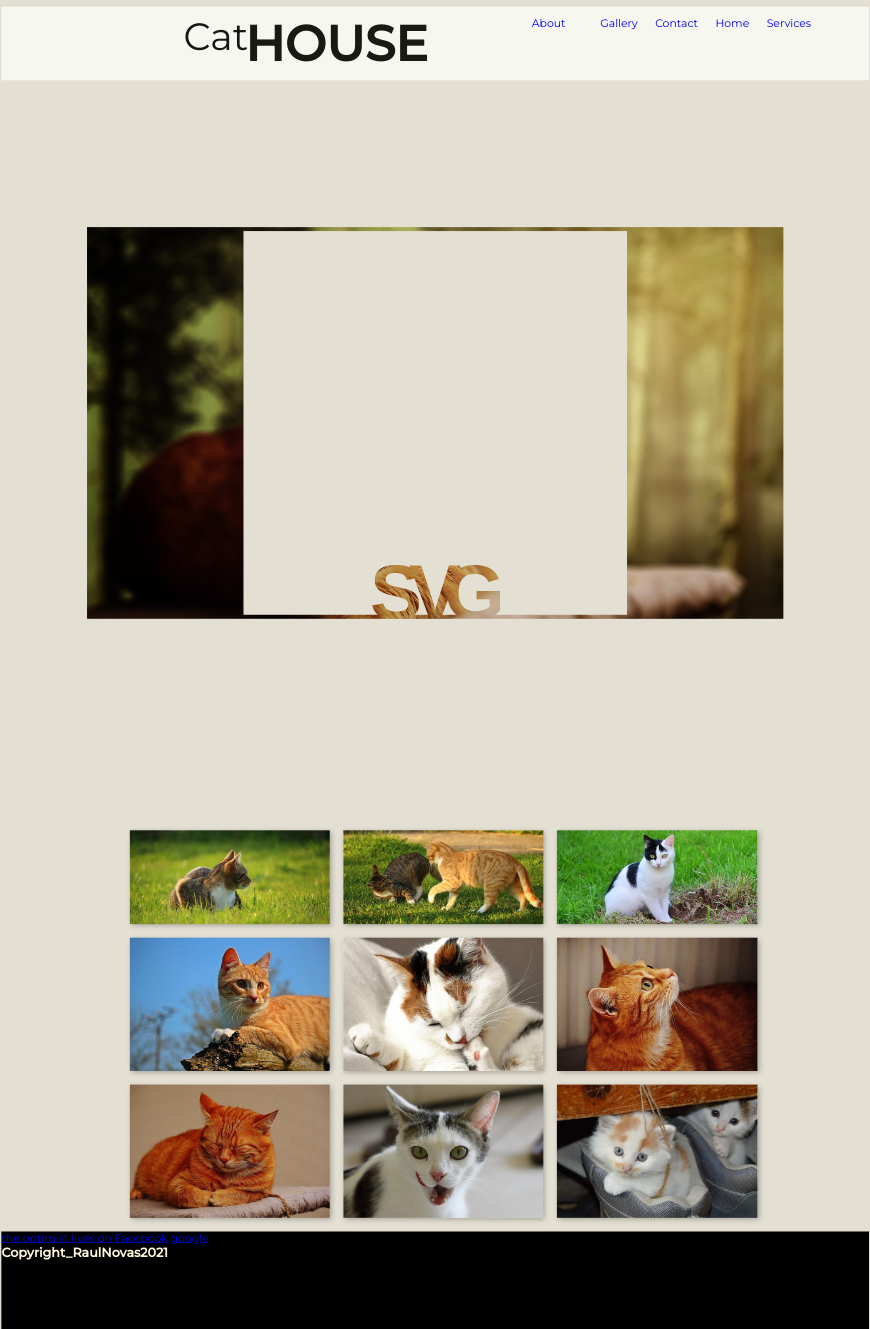
Repository: raul4264/final
Page: Gallery.html
These files come from the project's save history. The page is drawn as it stood at one moment and after the next save; the edit follows.
The browser window is 1280 px wide. The pictures show the whole page, at 68% of full size.

Above is the page before, as saved 2021-03-26 13:49:37.

### Gallery.html
<!DOCTYPE html>
<html lang="en">

<head>
    <meta charset="UTF-8">
    <meta http-equiv="X-UA-Compatible" content="IE=edge">
    <meta name="viewport" content="width=device-width, initial-scale=1.0">
    <title>Gallery</title>
    <link href="css/gallery.css" rel="stylesheet" type="text/css">
</head>

<body>
    <div id="grilla">
        <header>
            <div class="banner">

                <nav id="nav">

                    <div class="item1">
                        <p>Cat</p>
                    </div>

                    <div class="item2">
                        <p>HOUSE</p>
                    </div>


                    <ul class="item3">
                        <li class=""><a href="about.html">About</li>
                        <li class=""><a href="Gallery.html">Gallery</a></li>
                        <li class=""><a href="Contact.html">Contact</a></li>
                        <li class=""><a href="index.html">Home</a></li>
                        <li class=""><a href="Services.html ">Services</a></li>
                    </ul>
                </nav>
            </div>
            <svg viewbox="0 0 50 50" width="50" height="50">
                <defs>
                  <mask id="mask" x="0" y="0" width="100" height="49">
                    <rect x="0.5" y="0.5" width="49" height="49" fill="#fff"/>
                    <text x="20" text-anchor="middle" y="50" dy="0">S</text>
                    <text x="25" id="ltrV" text-anchor="middle" y="50" dy="0">V</text>
                    <text x="30" text-anchor="middle" y="50" dy="0">G</text>
                  </mask>
                </defs>
                <rect x="0.5" y="0.5" width="49" height="49" mask="url(#mask)" fill-opacity="1" fill="#E3DFD2"/>
              </svg>
        </header>
        <main class="cards">
            <img src="images/b1.jpg" alt="Sample photo">
            <img src="images/b2.jpg" alt="Sample photo">
            <img src="images/b3.jpg" alt="Sample photo">
            <img src="images/g1.jpg" alt="Sample photo">
            <img src="images/g2.jpg" alt="Sample photo">
            <img src="images/g3.jpg" alt="Sample photo">
            <img src="images/g4.jpg" alt="Sample photo">
            <img src="images/g5.jpg" alt="Sample photo">
            <img src="images/g6.jpg" alt="Sample photo">

        </main>



        <footer>
            <div class class="footer">
                <a href="#"><span>the optimist lives on</span></a>
                <a href="http://www.facebook.com " target="blanck ">Facebook</a>
                <a href="http://www.google.com " target="blanck ">google</a>
                <h3>Copyright_RaulNovas2021</h3>
            </div>
        </footer>


    </div>
</body>

</html>

### css/gallery.css
@import url('https://fonts.googleapis.com/css2?family=Montserrat:wght@400;500&display=swap');
@import url('https://fonts.googleapis.com/css2?family=Montserrat:wght@400;500&family=Poppins:wght@300&display=swap');
* {
    font-family: 'Montserrat', sans-serif;
    margin: 0;
    padding: 0;
}

body {}

.banner {
/*     background: url(../images/1.jpg) no-repeat 0px 0px;
    background-size: cover;
    padding: 0em 0 8em;
    height: 100%;
    width: 100vw;
    margin-bottom: 10px; */
}

#nav {
    display: flex;
    background-color: rgb(247, 247, 241);
    justify-content: space-around;
    height: 15vh;
}

.item1 {
    color: rgb(22, 22, 18);
    font-size: 3.5em;
    font-weight: bol;
    padding: 10px;
    margin-left: 200px;
}

.item2 {
    color: rgb(26, 26, 20);
    font-family: monserrat;
    font-size: 4.5em;
    font-weight: bolder;
    padding: 10px;
    margin-left: -140px;
}

.item3 {
    display: flex;
    list-style: none;
    padding: 2vh;
}

.item3 li a {
    text-decoration: none;
    padding: 1vw;
}

.li {
    padding: 10px;
}


/*.............Grid..........*/

#grilla {
    margin-top: 10px;
    display: grid;
    grid-template-columns: 33vw 33vw 33vw;
    grid-template-rows: auto auto auto auto;
    justify-content: space-around;
    align-items: center;
}

header {
    grid-column-start: 1;
    grid-column-end: 4;
    grid-row-start: 1;
    grid-row-end: 2;
}

main {
    max-width: 80vw;
    display: grid;
    grid-template-columns: 25vw 25vw 30vw;
    grid-template-rows: 20vh 20vh 60vh;
    grid-column-start: 1;
    grid-column-end: 4;
    grid-row-start: 2;
    grid-row-end: 3;
    padding: 10px;
    margin-top: 75px;
    justify-content: center;
    align-items: center;
}


/*  */

.cards {
    margin-left: 10vw;
    display: flex;
    flex-wrap: wrap;
    align-items: center;
    flex-direction: row;
}

.cards img {
    margin: 10px;
    /* border: 3px solid #000; */
    box-shadow: 3px 3px 8px 0px rgba(0, 0, 0, 0.3);
    max-width: 23vw;
}

footer {
    height: 20vh;
    grid-column-start: 1;
    grid-column-end: 4;
    grid-row-start: 3;
    grid-row-end: 4;
    background-color: black;
    color: cornsilk;
}


/*.......................................*/
/*
img {
    max-width: 100%;
    max-height: 100%;
    object-fit: contain;
} */
/*........................................*/
body,html{height:100%;margin:0;padding:0;background:#E3DFD2}
svg{
  background:url('../images/1.jpg');
  background-size:cover;
  width:80vw; height:80vh;
  display:block;
  margin:30vmin auto;
}
text{
  font-size:10px;
  transition:font-size .4s ease-out;
  font-weight:900;
  font-family:arial;
}
svg:hover text{
  transition:font-size .4s ease-in;
  font-size: 300px;
}

After the next save:
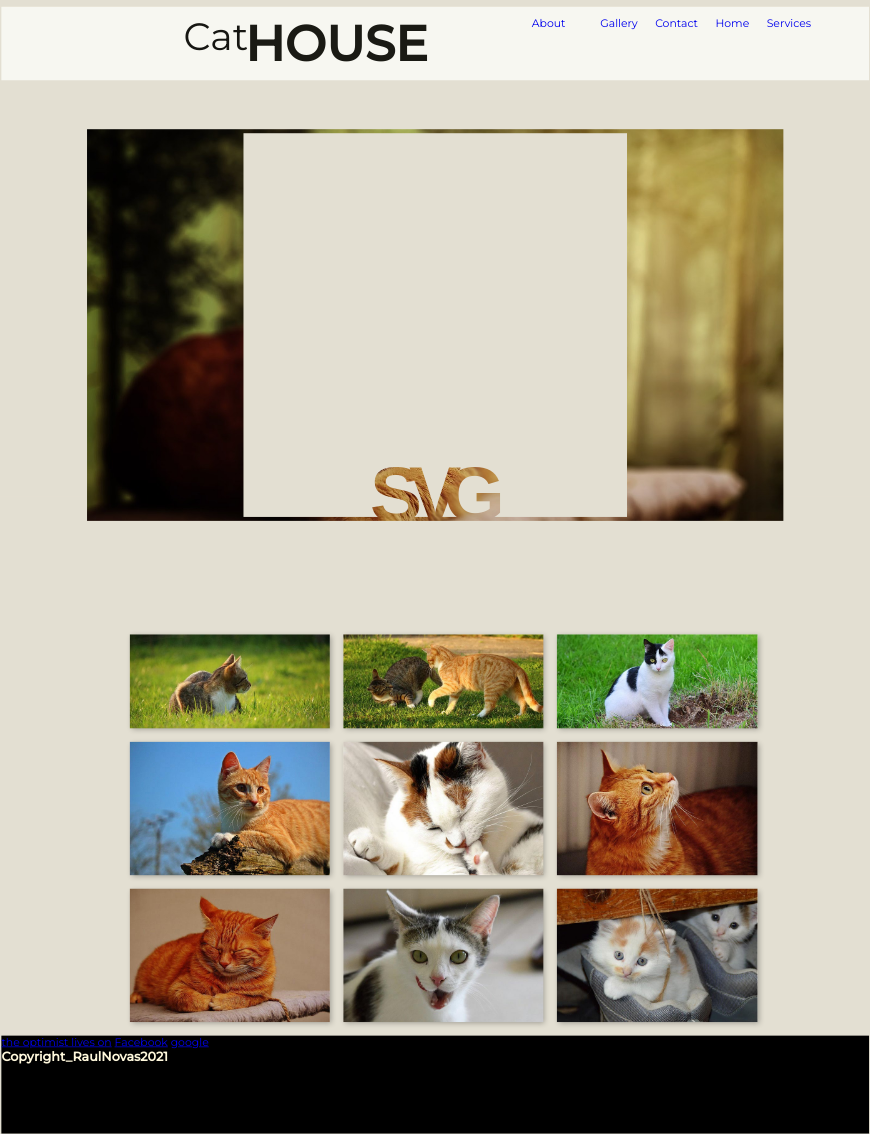
Saved 5 min 16 s later.
--- a/css/gallery.css
+++ b/css/gallery.css
@@ -133,7 +133,7 @@ svg{
   background-size:cover;
   width:80vw; height:80vh;
   display:block;
-  margin:30vmin auto;
+  margin:10vmin auto;
 }
 text{
   font-size:10px;
